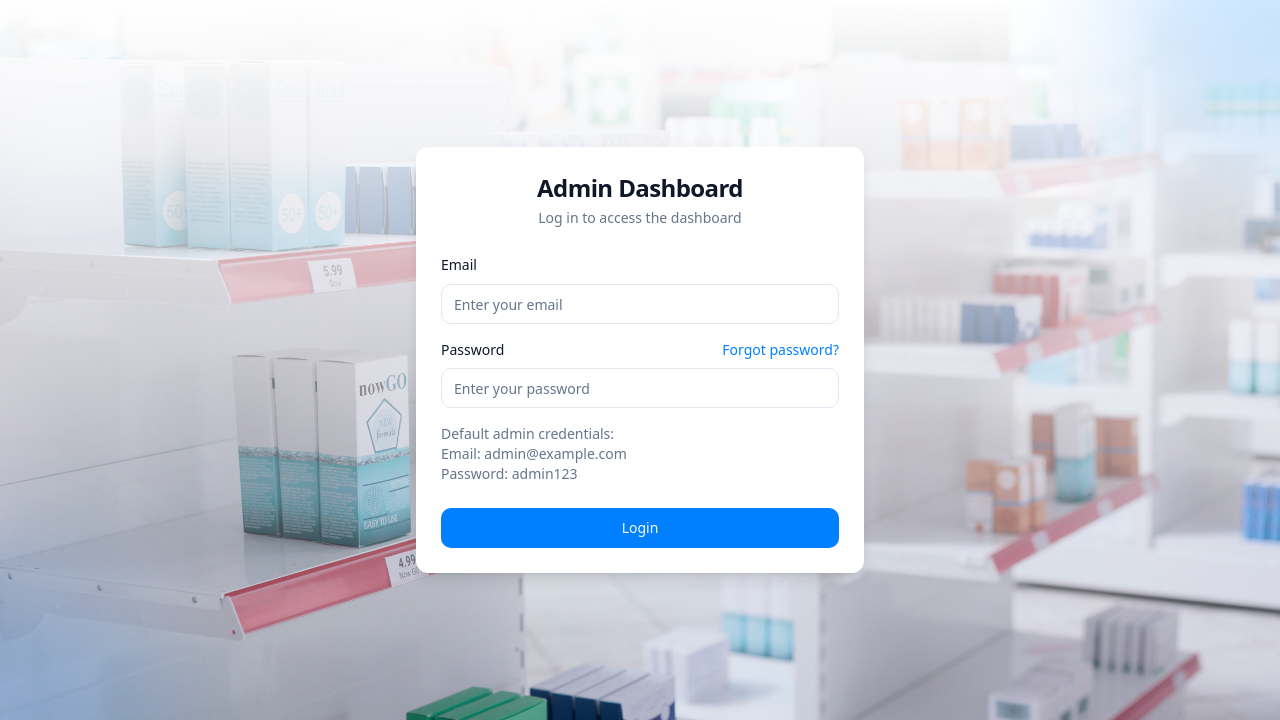
Repository: kaizoku010/musawo
Page: /products
The author's editor kept a copy of each file at every save. The page is drawn from the files as they stood at one save, then again after the next save.
The browser window is 1280 px wide. The pictures show the whole page.
The page's requests for data from a server got no answer. The project was rebuilt for these pictures with package versions that can differ from the ones it lists, and the page was loaded fresh each time. No one was signed in, and anything a server would have sent is missing. Also part of the build but not shown: vite.config.ts, src/components/ui/tooltip.tsx, src/components/ui/avatar.tsx, src/components/Sidebar.tsx, src/components/Navbar.tsx, src/components/PageTransition.tsx, src/components/StatCard.tsx, src/components/Chart.tsx and 15 more.

Above is the page before, as saved 2025-04-01 10:46:16.

### index.html
<!DOCTYPE html>
<html lang="en">
  <head>
    <meta charset="UTF-8" />
    <meta name="viewport" content="width=device-width, initial-scale=1.0" />
    <title>SembezaAfrica Product Manager</title>
    <meta name="description" content="Lovable Generated Project" />
    <meta name="author" content="Lovable" />

    </head>

  <body>
    <div id="root"></div>
    <script type="module" src="/src/main.tsx"></script>
  </body>
</html>

### src/App.tsx

import { QueryClient, QueryClientProvider } from "@tanstack/react-query";
import { BrowserRouter, Routes, Route } from "react-router-dom";
import { Toaster } from "@/components/ui/toaster";
import { Toaster as Sonner } from "@/components/ui/sonner";
import { TooltipProvider } from "@/components/ui/tooltip";
import { AuthProvider } from "./hooks/useAuth";
import { ServiceProvider } from "./contexts/ServiceContext";
import { ProductProvider } from "./contexts/ProductContext";
import { OrderProvider } from "./contexts/OrderContext";
import { CartProvider } from "./contexts/CartContext";
import Login from "./pages/Login";
import Dashboard from "./pages/Dashboard";
import Products from "./pages/Products";
import Users from "./pages/Users";
import Analytics from "./pages/Analytics";
import NotFound from "./pages/NotFound";

const queryClient = new QueryClient();

const App = () => (
  <QueryClientProvider client={queryClient}>
    <TooltipProvider>
      <Toaster />
      <Sonner />
      <BrowserRouter>
        <AuthProvider>
          <ServiceProvider>
            <ProductProvider>
              <OrderProvider>
                <CartProvider>
                  <Routes>
                    <Route path="/" element={<Login />} />
                    <Route path="/login" element={<Login />} />
                    <Route path="/dashboard" element={<Dashboard />} />
                    <Route path="/products" element={<Products />} />
                    <Route path="/users" element={<Users />} />
                    <Route path="/analytics" element={<Analytics />} />
                    <Route path="*" element={<NotFound />} />
                  </Routes>
                </CartProvider>
              </OrderProvider>
            </ProductProvider>
          </ServiceProvider>
        </AuthProvider>
      </BrowserRouter>
    </TooltipProvider>
  </QueryClientProvider>
);

export default App;

### src/components/ui/toaster.tsx
import { useToast } from "@/hooks/use-toast"
import {
  Toast,
  ToastClose,
  ToastDescription,
  ToastProvider,
  ToastTitle,
  ToastViewport,
} from "@/components/ui/toast"

export function Toaster() {
  const { toasts } = useToast()

  return (
    <ToastProvider>
      {toasts.map(function ({ id, title, description, action, ...props }) {
        return (
          <Toast key={id} {...props}>
            <div className="grid gap-1">
              {title && <ToastTitle>{title}</ToastTitle>}
              {description && (
                <ToastDescription>{description}</ToastDescription>
              )}
            </div>
            {action}
            <ToastClose />
          </Toast>
        )
      })}
      <ToastViewport />
    </ToastProvider>
  )
}

### src/components/ui/sonner.tsx
import { useTheme } from "next-themes"
import { Toaster as Sonner } from "sonner"

type ToasterProps = React.ComponentProps<typeof Sonner>

const Toaster = ({ ...props }: ToasterProps) => {
  const { theme = "system" } = useTheme()

  return (
    <Sonner
      theme={theme as ToasterProps["theme"]}
      className="toaster group"
      toastOptions={{
        classNames: {
          toast:
            "group toast group-[.toaster]:bg-background group-[.toaster]:text-foreground group-[.toaster]:border-border group-[.toaster]:shadow-lg",
          description: "group-[.toast]:text-muted-foreground",
          actionButton:
            "group-[.toast]:bg-primary group-[.toast]:text-primary-foreground",
          cancelButton:
            "group-[.toast]:bg-muted group-[.toast]:text-muted-foreground",
        },
      }}
      {...props}
    />
  )
}

export { Toaster }

### src/contexts/ServiceContext.tsx
import { createContext, useContext, useState, useCallback, useEffect, ReactNode } from 'react';
import { healthService } from '../services/api';

interface ServiceStatus {
  isConnected: boolean;
  status: string;
  mode?: 'online' | 'offline';
  error?: string;
}

interface ServiceContextType {
  status: ServiceStatus | null;
  isLoading: boolean;
  checkStatus: () => Promise<void>;
}

const ServiceContext = createContext<ServiceContextType | undefined>(undefined);

export function ServiceProvider({ children }: { children: ReactNode }) {
  const [status, setStatus] = useState<ServiceStatus | null>({
    isConnected: true,
    status: 'ok',
    mode: 'offline'
  });
  const [isLoading, setIsLoading] = useState(true);

  const checkStatus = async () => {
    try {
      const result = await healthService.checkStatus();
      setStatus({
        isConnected: result.isConnected,
        status: result.status,
        mode: result.mode as 'online' | 'offline',
        error: result.error
      });
    } catch (error) {
      console.error('Failed to check status:', error);
      // Set default connected status if using default admin
      const token = localStorage.getItem('admin_token');
      if (token === 'default-admin-token') {
        setStatus({
          isConnected: true,
          status: 'ok',
          mode: 'offline'
        });
      } else {
        setStatus({
          isConnected: false,
          status: 'error',
          error: 'Service unavailable'
        });
      }
    } finally {
      setIsLoading(false);
    }
  };

  useEffect(() => {
    checkStatus();
    const interval = setInterval(checkStatus, 30000);
    return () => clearInterval(interval);
  }, []);

  return (
    <ServiceContext.Provider value={{ status, isLoading, checkStatus }}>
      {children}
    </ServiceContext.Provider>
  );
}

export const useService = () => {
  const context = useContext(ServiceContext);
  if (context === undefined) {
    throw new Error('useService must be used within a ServiceProvider');
  }
  return context;
};

### src/contexts/CartContext.tsx
import { createContext, useContext, useState, ReactNode } from 'react';

type CartItem = {
  _id: string;
  name: string;
  price: number;
  quantity: number;
  image: string;
};

type CartContextType = {
  items: CartItem[];
  addItem: (product: any, quantity: number) => void;
  removeItem: (productId: string) => void;
  updateQuantity: (productId: string, quantity: number) => void;
  clearCart: () => void;
  total: number;
};

const CartContext = createContext<CartContextType | null>(null);

export function CartProvider({ children }: { children: ReactNode }) {
  const [items, setItems] = useState<CartItem[]>([]);

  const addItem = (product: any, quantity: number) => {
    setItems(prev => {
      const existingItem = prev.find(item => item._id === product._id);

      if (existingItem) {
        return prev.map(item =>
          item._id === product._id
            ? { ...item, quantity: item.quantity + quantity }
            : item
        );
      }

      return [...prev, {
        _id: product._id,
        name: product.name,
        price: product.price,
        quantity,
        image: product.image
      }];
    });
  };

  const removeItem = (productId: string) => {
    setItems(prev => prev.filter(item => item._id !== productId));
  };

  const updateQuantity = (productId: string, quantity: number) => {
    setItems(prev =>
      prev.map(item =>
        item._id === productId ? { ...item, quantity } : item
      )
    );
  };

  const clearCart = () => {
    setItems([]);
  };

  const total = items.reduce((sum, item) => sum + (item.price * item.quantity), 0);

  return (
    <CartContext.Provider value={{
      items,
      addItem,
      removeItem,
      updateQuantity,
      clearCart,
      total
    }}>
      {children}
    </CartContext.Provider>
  );
}

export const useCart = () => {
  const context = useContext(CartContext);
  if (!context) throw new Error('useCart must be used within CartProvider');
  return context;
};

### src/pages/Login.tsx

import React, { useState } from 'react';
import { Navigate } from 'react-router-dom';
import { useAuth } from '@/hooks/useAuth';
import { Button } from '@/components/ui/button';
import { Input } from '@/components/ui/input';
import { Label } from '@/components/ui/label';
import { Card, CardContent, CardDescription, CardFooter, CardHeader, CardTitle } from '@/components/ui/card';
import { motion } from 'framer-motion';
import "./login.css"
import Logo from "../media/bg.jpg"

const Login = () => {
  const [email, setEmail] = useState('');
  const [password, setPassword] = useState('');
  const { login, isAuthenticated, isLoading, error } = useAuth();

  if (isAuthenticated) {
    return <Navigate to="/dashboard" replace />;
  }

  const handleSubmit = async (e: React.FormEvent) => {
    e.preventDefault();
    await login(email, password);
  };

  return (
    <div className='login-page'>
    <div
      className="min-h-screen flex items-center justify-center
       bg-gradient-to-b from-background to-primary/5 p-4">
      <div className="absolute inset-0 overflow-hidden">
        <div className="absolute -bottom-40 -left-40 h-80 w-80 rounded-full bg-primary/20 blur-3xl" />
        <div className="absolute -top-40 -right-40 h-80 w-80 rounded-full bg-primary/20 blur-3xl" />
      </div>

      <motion.div
        initial={{ opacity: 0, y: 20 }}
        animate={{ opacity: 1, y: 0 }}
        transition={{ duration: 0.5 }}
        className="w-full max-w-md z-10"
      >
        <Card className="glass shadow-lg">
          <CardHeader className="space-y-1 text-center">
            {/* <img src={Logo}/> */}
            <CardTitle className="text-2xl font-bold">Admin Dashboard</CardTitle>
            <CardDescription>Log in to access the dashboard</CardDescription>
          </CardHeader>
          <form onSubmit={handleSubmit}>
            <CardContent className="space-y-4">
              <div className="space-y-2">
                <Label htmlFor="email">Email</Label>
                <Input
                  id="email"
                  type="email"
                  value={email}
                  onChange={(e) => setEmail(e.target.value)}
                  placeholder="Enter your email"
                  required
                />
              </div>
              <div className="space-y-2">
                <div className="flex items-center justify-between">
                  <Label htmlFor="password">Password</Label>
                  <a href="#" className="text-sm text-primary hover:underline">
                    Forgot password?
                  </a>
                </div>
                <Input
                  id="password"
                  type="password"
                  value={password}
                  onChange={(e) => setPassword(e.target.value)}
                  placeholder="Enter your password"
                  required
                />
              </div>
              {error && (
                <div className="bg-destructive/10 border border-destructive/30 text-destructive text-sm px-4 py-2 rounded">
                  {error}
                </div>
              )}
              <div className="text-sm text-muted-foreground">
                <p>Default admin credentials:</p>
                <p>Email: admin@example.com</p>
                <p>Password: admin123</p>
              </div>
            </CardContent>
            <CardFooter>
              <Button type="submit" className="w-full" disabled={isLoading}>
                {isLoading ? (
                  <>
                    <span className="mr-2 h-4 w-4 animate-spin rounded-full border-2 border-primary-foreground border-t-transparent" />
                    Logging in...
                  </>
                ) : (
                  "Login"
                )}
              </Button>
            </CardFooter>
          </form>
        </Card>
      </motion.div>
    </div>
    </div>
);
};

export default Login;

### src/config/constants.ts
export const API_CONFIG = {
  BASE_URL: import.meta.env.VITE_API_URL || 'https://smserver-kdya.onrender.com',
  ENDPOINTS: {
    AUTH: '/api/auth',
    PRODUCTS: '/api/products',
    ORDERS: '/api/orders',
    USERS: '/api/users',
    HEALTH: '/api/health/db'
  }
};

export const DEFAULT_ADMIN = {
  id: '1',
  email: 'admin@example.com',
  name: 'Admin User',
  role: 'admin' as const,
  avatar: 'https://ui-avatars.com/api/?name=Admin+User&background=0D8ABC&color=fff'
};

### src/components/ui/button.tsx
import * as React from "react"
import { Slot } from "@radix-ui/react-slot"
import { cva, type VariantProps } from "class-variance-authority"

import { cn } from "@/lib/utils"

const buttonVariants = cva(
  "inline-flex items-center justify-center gap-2 whitespace-nowrap rounded-md text-sm font-medium ring-offset-background transition-colors focus-visible:outline-none focus-visible:ring-2 focus-visible:ring-ring focus-visible:ring-offset-2 disabled:pointer-events-none disabled:opacity-50 [&_svg]:pointer-events-none [&_svg]:size-4 [&_svg]:shrink-0",
  {
    variants: {
      variant: {
        default: "bg-primary text-primary-foreground hover:bg-primary/90",
        destructive:
          "bg-destructive text-destructive-foreground hover:bg-destructive/90",
        outline:
          "border border-input bg-background hover:bg-accent hover:text-accent-foreground",
        secondary:
          "bg-secondary text-secondary-foreground hover:bg-secondary/80",
        ghost: "hover:bg-accent hover:text-accent-foreground",
        link: "text-primary underline-offset-4 hover:underline",
      },
      size: {
        default: "h-10 px-4 py-2",
        sm: "h-9 rounded-md px-3",
        lg: "h-11 rounded-md px-8",
        icon: "h-10 w-10",
      },
    },
    defaultVariants: {
      variant: "default",
      size: "default",
    },
  }
)

export interface ButtonProps
  extends React.ButtonHTMLAttributes<HTMLButtonElement>,
    VariantProps<typeof buttonVariants> {
  asChild?: boolean
}

const Button = React.forwardRef<HTMLButtonElement, ButtonProps>(
  ({ className, variant, size, asChild = false, ...props }, ref) => {
    const Comp = asChild ? Slot : "button"
    return (
      <Comp
        className={cn(buttonVariants({ variant, size, className }))}
        ref={ref}
        {...props}
      />
    )
  }
)
Button.displayName = "Button"

export { Button, buttonVariants }

### src/components/ui/input.tsx
import * as React from "react"

import { cn } from "@/lib/utils"

const Input = React.forwardRef<HTMLInputElement, React.ComponentProps<"input">>(
  ({ className, type, ...props }, ref) => {
    return (
      <input
        type={type}
        className={cn(
          "flex h-10 w-full rounded-md border border-input bg-background px-3 py-2 text-base ring-offset-background file:border-0 file:bg-transparent file:text-sm file:font-medium file:text-foreground placeholder:text-muted-foreground focus-visible:outline-none focus-visible:ring-2 focus-visible:ring-ring focus-visible:ring-offset-2 disabled:cursor-not-allowed disabled:opacity-50 md:text-sm",
          className
        )}
        ref={ref}
        {...props}
      />
    )
  }
)
Input.displayName = "Input"

export { Input }

### src/components/ui/label.tsx
import * as React from "react"
import * as LabelPrimitive from "@radix-ui/react-label"
import { cva, type VariantProps } from "class-variance-authority"

import { cn } from "@/lib/utils"

const labelVariants = cva(
  "text-sm font-medium leading-none peer-disabled:cursor-not-allowed peer-disabled:opacity-70"
)

const Label = React.forwardRef<
  React.ElementRef<typeof LabelPrimitive.Root>,
  React.ComponentPropsWithoutRef<typeof LabelPrimitive.Root> &
    VariantProps<typeof labelVariants>
>(({ className, ...props }, ref) => (
  <LabelPrimitive.Root
    ref={ref}
    className={cn(labelVariants(), className)}
    {...props}
  />
))
Label.displayName = LabelPrimitive.Root.displayName

export { Label }

### src/components/ui/card.tsx
import * as React from "react"

import { cn } from "@/lib/utils"

const Card = React.forwardRef<
  HTMLDivElement,
  React.HTMLAttributes<HTMLDivElement>
>(({ className, ...props }, ref) => (
  <div
    ref={ref}
    className={cn(
      "rounded-lg border bg-card text-card-foreground shadow-sm",
      className
    )}
    {...props}
  />
))
Card.displayName = "Card"

const CardHeader = React.forwardRef<
  HTMLDivElement,
  React.HTMLAttributes<HTMLDivElement>
>(({ className, ...props }, ref) => (
  <div
    ref={ref}
    className={cn("flex flex-col space-y-1.5 p-6", className)}
    {...props}
  />
))
CardHeader.displayName = "CardHeader"

const CardTitle = React.forwardRef<
  HTMLParagraphElement,
  React.HTMLAttributes<HTMLHeadingElement>
>(({ className, ...props }, ref) => (
  <h3
    ref={ref}
    className={cn(
      "text-2xl font-semibold leading-none tracking-tight",
      className
    )}
    {...props}
  />
))
CardTitle.displayName = "CardTitle"

const CardDescription = React.forwardRef<
  HTMLParagraphElement,
  React.HTMLAttributes<HTMLParagraphElement>
>(({ className, ...props }, ref) => (
  <p
    ref={ref}
    className={cn("text-sm text-muted-foreground", className)}
    {...props}
  />
))
CardDescription.displayName = "CardDescription"

const CardContent = React.forwardRef<
  HTMLDivElement,
  React.HTMLAttributes<HTMLDivElement>
>(({ className, ...props }, ref) => (
  <div ref={ref} className={cn("p-6 pt-0", className)} {...props} />
))
CardContent.displayName = "CardContent"

const CardFooter = React.forwardRef<
  HTMLDivElement,
  React.HTMLAttributes<HTMLDivElement>
>(({ className, ...props }, ref) => (
  <div
    ref={ref}
    className={cn("flex items-center p-6 pt-0", className)}
    {...props}
  />
))
CardFooter.displayName = "CardFooter"

export { Card, CardHeader, CardFooter, CardTitle, CardDescription, CardContent }

### src/pages/login.css
.login-page{

    background-image: url("../media/bg.jpg");
    background-size: cover;

}

### src/layouts/AdminLayout.tsx

import React from 'react';
import { Navigate } from 'react-router-dom';
import Sidebar from '@/components/Sidebar';
import Navbar from '@/components/Navbar';
import PageTransition from '@/components/PageTransition';
import { useAuth } from '@/hooks/useAuth';

interface AdminLayoutProps {
  children: React.ReactNode;
  title?: string;
}

const AdminLayout: React.FC<AdminLayoutProps> = ({ children, title }) => {
  const { isAuthenticated, isLoading } = useAuth();

  if (isLoading) {
    // Show loading state while checking authentication
    return (
      <div className="flex items-center justify-center h-screen">
        <div className="flex flex-col items-center gap-4">
          <div className="h-12 w-12 rounded-full border-4 border-primary border-t-transparent animate-spin" />
          <p className="text-lg font-medium">Loading...</p>
        </div>
      </div>
    );
  }

  // Redirect to login if not authenticated
  if (!isAuthenticated) {
    return <Navigate to="/login" replace />;
  }

  return (
    <div className="flex h-screen overflow-hidden">
      <Sidebar />
      <main className="flex-1 flex flex-col overflow-hidden">
        <Navbar title={title} />
        <div className="flex-1 overflow-y-auto p-6">
          <PageTransition>
            {children}
          </PageTransition>
        </div>
      </main>
    </div>
  );
};

export default AdminLayout;

Loaded but not shown: src/main.tsx (common file); src/hooks/use-toast.ts (common file); src/lib/utils.ts (common file); src/components/ui/toast.tsx (127 lines, source omitted); src/pages/Products.tsx (129 lines, source omitted); src/services/api.ts (167 lines, source omitted); src/contexts/ProductContext.tsx (121 lines, source omitted); src/hooks/useAuth.tsx (121 lines, source omitted); tailwind.config.ts (118 lines, source omitted); src/contexts/OrderContext.tsx (87 lines, source omitted); src/index.css (117 lines, source omitted)

After the next save:
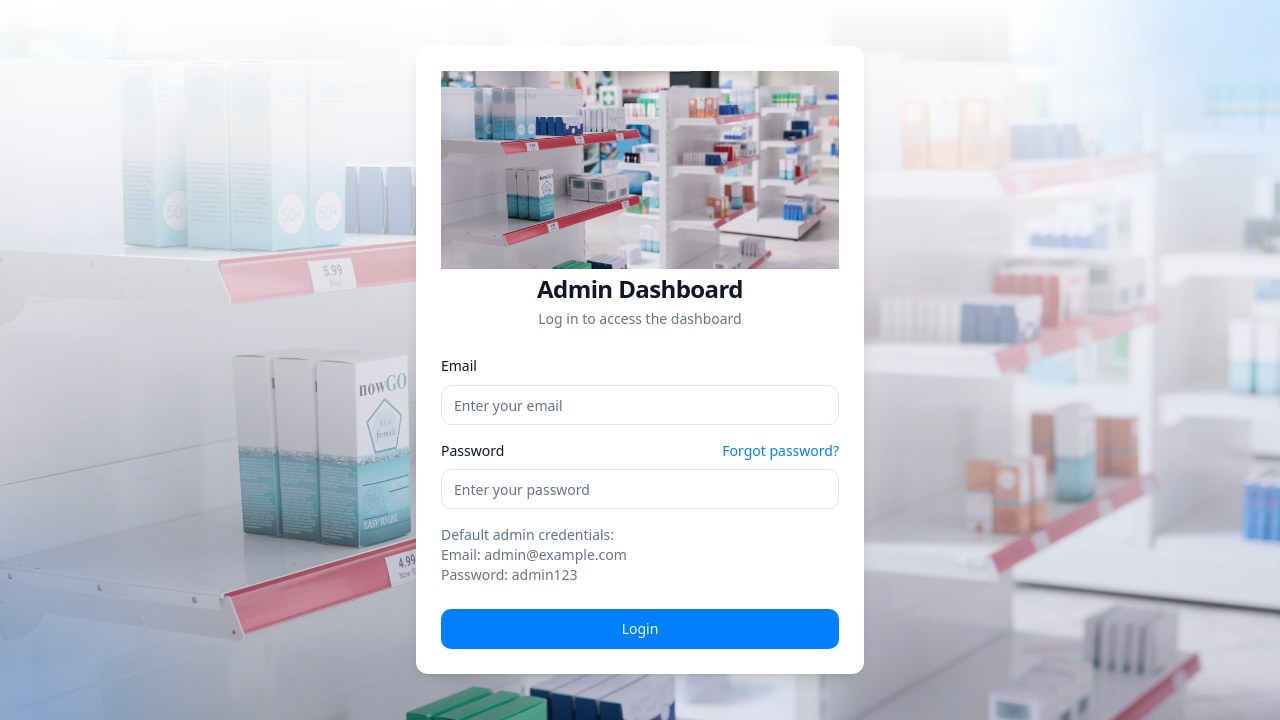
Saved 8 s later.
--- a/src/pages/Login.tsx
+++ b/src/pages/Login.tsx
@@ -42,7 +42,7 @@
       >
         <Card className="glass shadow-lg">
           <CardHeader className="space-y-1 text-center">
-            {/* <img src={Logo}/> */}
+            <img src={Logo}/>
             <CardTitle className="text-2xl font-bold">Admin Dashboard</CardTitle>
             <CardDescription>Log in to access the dashboard</CardDescription>
           </CardHeader>

After the save that followed:
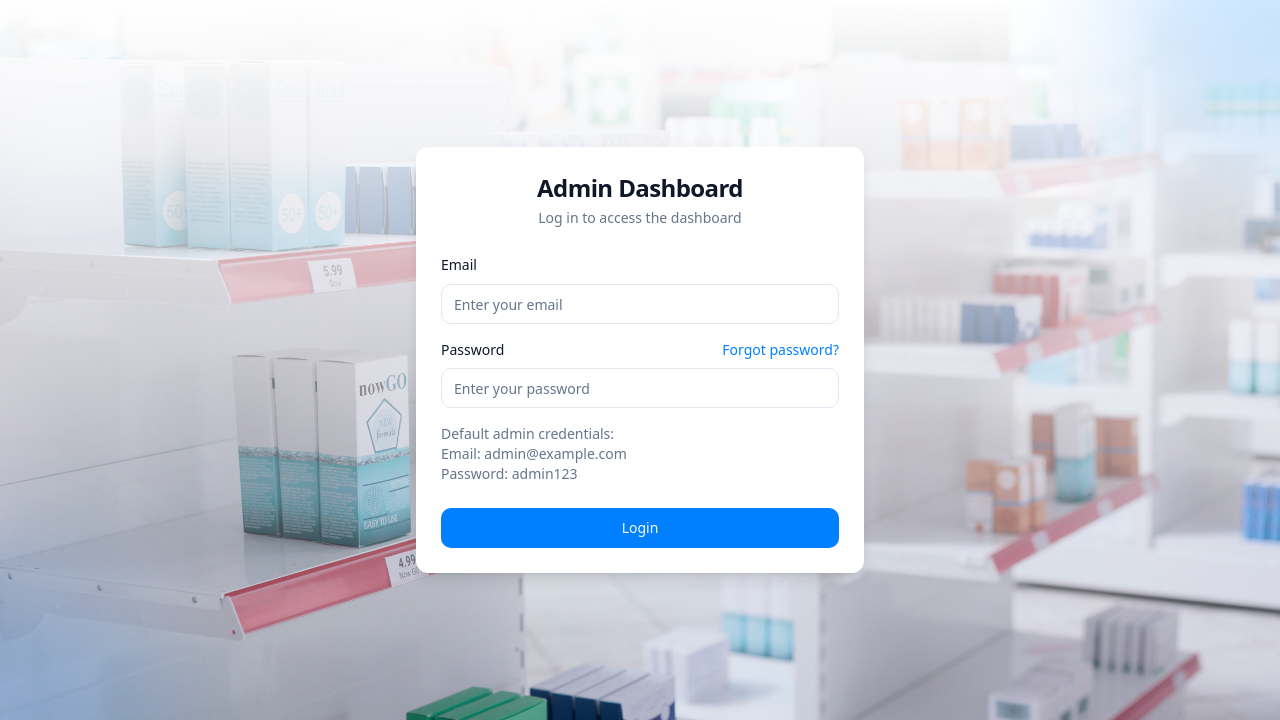
Saved 32 s later.
--- a/src/pages/Login.tsx
+++ b/src/pages/Login.tsx
@@ -42,7 +42,7 @@
       >
         <Card className="glass shadow-lg">
           <CardHeader className="space-y-1 text-center">
-            <img src={Logo}/>
+            {/* <img src={Logo}/> */}
             <CardTitle className="text-2xl font-bold">Admin Dashboard</CardTitle>
             <CardDescription>Log in to access the dashboard</CardDescription>
           </CardHeader>
